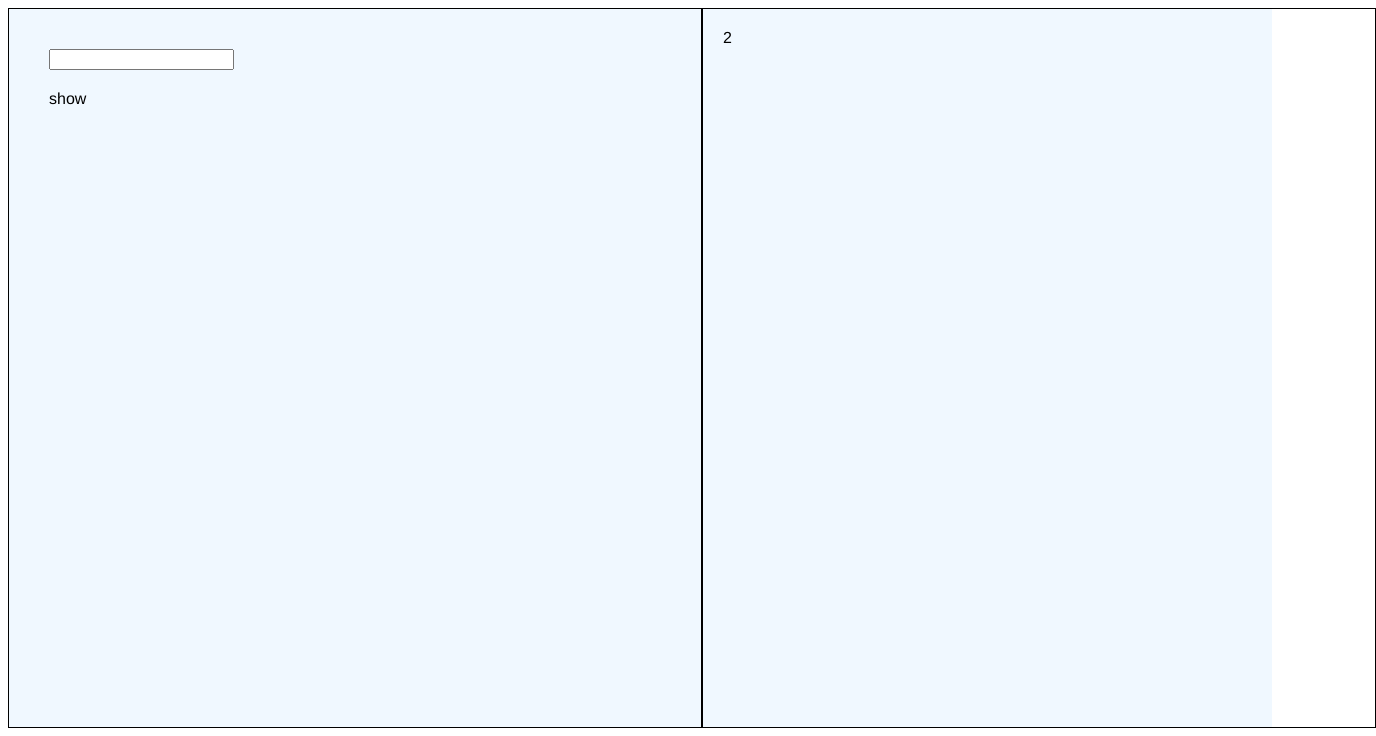
Repository: andrii1/react-gifs
Page: /
The author's editor kept a copy of each file at every save. The page is drawn from the files as they stood at one save, then again after the next save.
The browser window is 1280 px wide. The page is 1376 px wide, so the pictures cover 1376 px, including what lies to the right of the window. The pictures show the whole page.
The project was rebuilt for these pictures with package versions that can differ from the ones it lists, and the page was loaded fresh each time. Also part of the build but not shown: webpack.config.js.

Above is the page before, as saved 2022-02-11 15:35:49.

### src/index.jsx
import React from 'react';
import ReactDOM from 'react-dom';
import App from './components/App';

import '../assets/stylesheets/application.scss';

const root = document.getElementById('root');
if (root) {
  ReactDOM.render(<App />, root);
}

### src/components/App.jsx
import React, { Component } from 'react';
import ReactDOM from 'react-dom';

class App extends Component {
  //state = {  }
  render() {
    return (<div className="app">

        <div className="left">
          <div className="left-container">
            <div className="search">
              <input type="text" name="search" />
            </div>
            <div className="show">show</div>
          </div>
        </div>
        <div className="right">2</div>

    </div>);
  }
}

export default App;

### assets/stylesheets/application.scss
body {
  font-family: Helvetica;
}

#root .app {
  height: 100vh;
  display: flex;
  align-items: top;
  justify-content: space-between;
  background-color: aliceblue;
}
.app {
  background-color: aliceblue;
}



.left {
  flex: 0 0 50%;
  border: black 1px solid;
  padding: 20px 20px 20px 40px;
}

.right {
  flex: 0 0 50%;
  border: black 1px solid;
  padding: 20px 20px 20px 20px;
}

.left-container {
  display: flex;
  flex-direction: column;
}

.search {
  padding:20px 20px 20px 0;
}

.input {
  height: 50px;
}

After the next save:
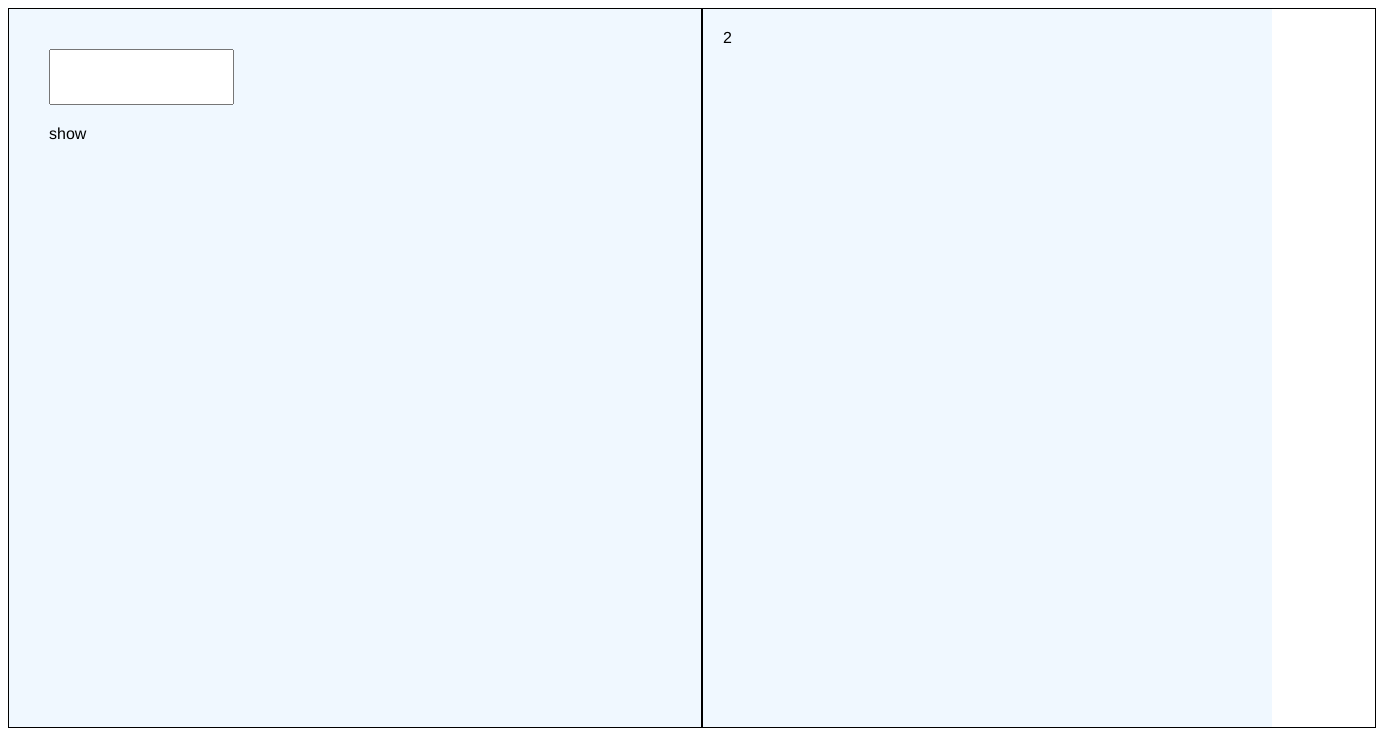
Saved 29 s later.
--- a/assets/stylesheets/application.scss
+++ b/assets/stylesheets/application.scss
@@ -36,6 +36,6 @@ body {
   padding:20px 20px 20px 0;
 }
 
-.input {
+input[type=text] {
   height: 50px;
 }
